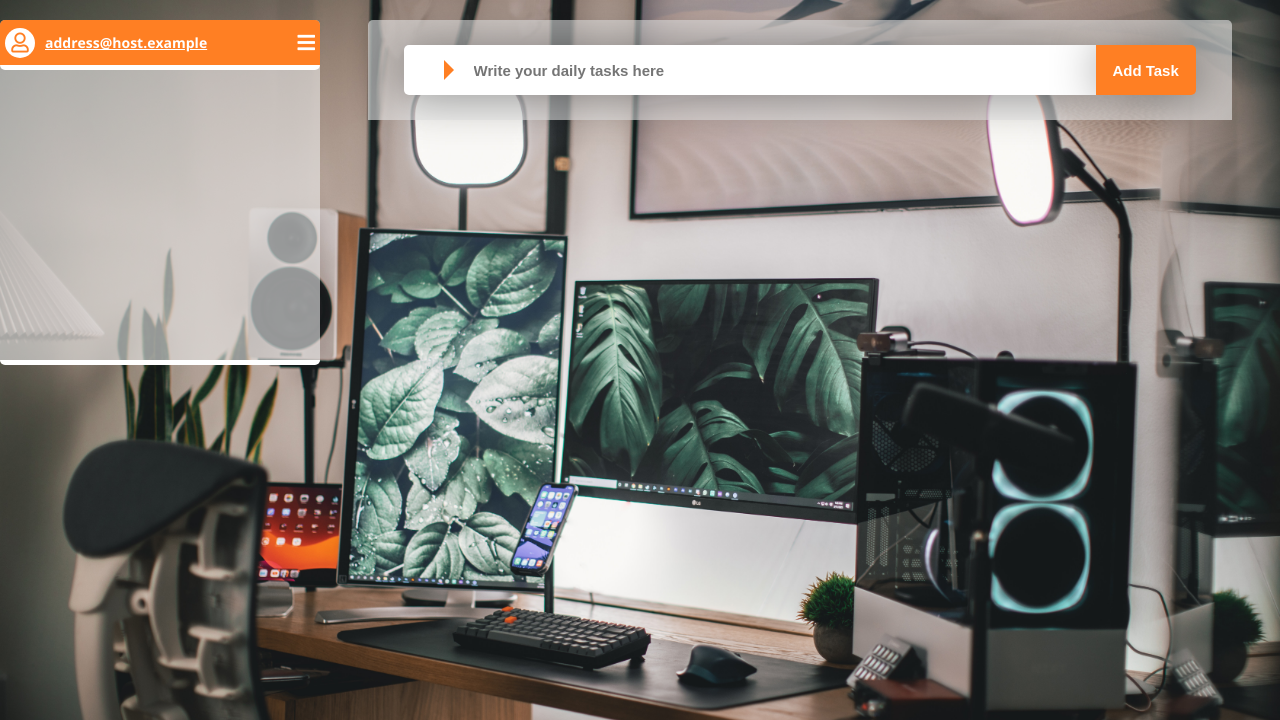
Repository: OmarEssameldinMousa/To-do-list-level01
Page: index.html
An editor plug-in stored every save of this project. The page is shown before and after the next save, followed by the edit.
The browser window is 1280 px wide. The pictures show the whole page.

Above is the page before, as saved 2023-08-10 00:24:19.

After the next save:
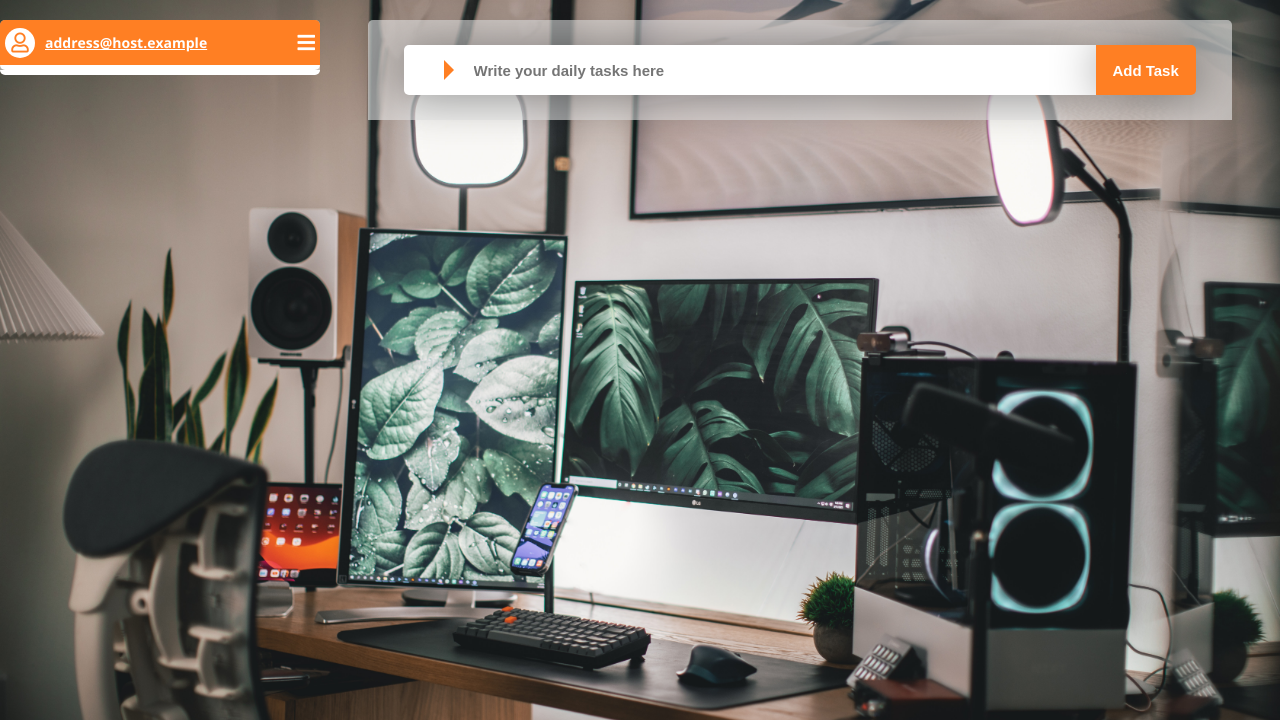
Saved 41 s later.
--- a/main.css
+++ b/main.css
@@ -87,8 +87,8 @@ ul {
     margin: auto;
     margin-top: 5px;
     padding-bottom: 5px;
-    opacity: 0;
-    transition: opacity 0.3s ease-in-out;
+    display: none;
+    transition: display 0.3s ease-in-out;
 }
 
 .nav .navigation ul li {
